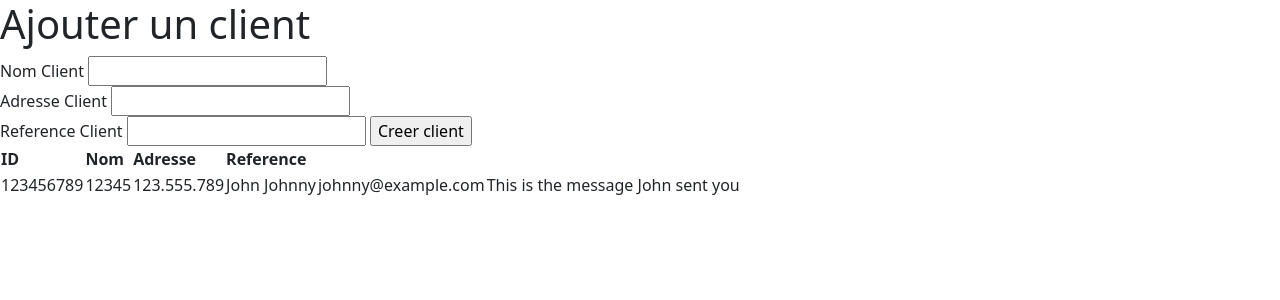
Repository: Elie-Dey/airblio
Page: test.html
The author's editor kept a copy of each file at every save. The page is drawn from the files as they stood at one save, then again after the next save.
The browser window is 1280 px wide. The pictures show the whole page.

Above is the page before, as saved 2022-03-28 12:08:30.

### test.html
<!DOCTYPE html>
<html lang="en">
  <head>
    <meta charset="UTF-8" />
    <meta http-equiv="X-UA-Compatible" content="IE=edge" />
    <meta name="viewport" content="width=device-width, initial-scale=1.0" />
    <link
      href="https://cdn.jsdelivr.net/npm/bootstrap@5.1.3/dist/css/bootstrap.min.css"
      rel="stylesheet"
      integrity="sha384-1BmE4kWBq78iYhFldvKuhfTAU6auU8tT94WrHftjDbrCEXSU1oBoqyl2QvZ6jIW3"
      crossorigin="anonymous"
    />
    <script src="https://ajax.googleapis.com/ajax/libs/jquery/3.6.0/jquery.min.js"></script>
    <title>Document</title>
  </head>
  <body>
    <h1>Ajouter un client</h1>
    <form action="connect.php?task=write" method="POST">
      <label for="nom">Nom Client </label>
      <input type="text" name="nom" id="nom" /> <br />
      <label for="Adresse">Adresse Client</label>
      <input type="text" name="adresse" id="adresse" /> <br />
      <label for="reference">Reference Client</label>
      <input type="text" name="reference" id="reference" />
      <input type="submit" value="Creer client" />
    </form>


    <div >
  <table>
  <tr>
    <th>ID</th>
    <th>Nom</th>
    <th>Adresse</th>
    <th>Reference</th>
  </tr>
  <tr class="display-client">
    <td>123456789</td>
    <td>12345</td>
    <td>123.555.789</td>
    <td>John Johnny</td>
    <td>johnny@example.com</td>
    <td>This is the message John sent you</td>
  </tr>

    </div>
    <script src="js/app.js"></script>
  </body>
</html>

### js/app.js
// var getHttpRequest = function () {
//   var httpRequest = false;
//   if (window.XMLHttpRequest) {
//     // Mozilla, Safari, IE7+...
//     httpRequest = new XMLHttpRequest();
//   } else if (window.ActiveXObject) {
//     // IE 6 et antérieurs
//     httpRequest = new ActiveXObject("Microsoft.XMLHTTP");
//   }

//   return httpRequest;
// };

// var httpRequest = getHttpRequest();
// httpRequest.open("GET");

// $(document).ready(function () {
//   $("form").submit(function (event) {
//     var formData = {
//       nom: $("#nom").val(),
//       adresse: $("#adresse").val(),
//       reference: $("#reference").val(),
//     };
//     $.ajax({
//       type: "POST" ? url : "connect.php",
//       data: formData,
//       dataType: "json",
//       encode: true,
//     }).done(function (data) {
//       console.log(data);
//     });

//     event.preventDefault();
//   });
// });

function getClients() {
  //Creation d'une requete AJAX pour se connecter au serveur avec le fichier connect.php
  const requeteAjax = new XMLHttpRequest();
  requeteAjax.open("GET", "connect.php");

  //Quand les données sont reçus, les traités sous forme de JSON et les affichés au format HTML

  requeteAjax.onload = function () {
    const resultat = JSON.parse(requeteAjax.responseText);
    const html = resultat
      .map(function (client) {
        return `
      <tr>
    <td>${client.nom}</td> <br>
    <td>${client.adresse}</td>  <br>
    <td>${client.reference}</td>  <br>
    </tr>
      `;
      })
      .join("");

    const clients = document.querySelector(".display-client");
    clients.innerHTML = html;
  };

  //On envoie la requete
  requeteAjax.send();
}

After the next save:
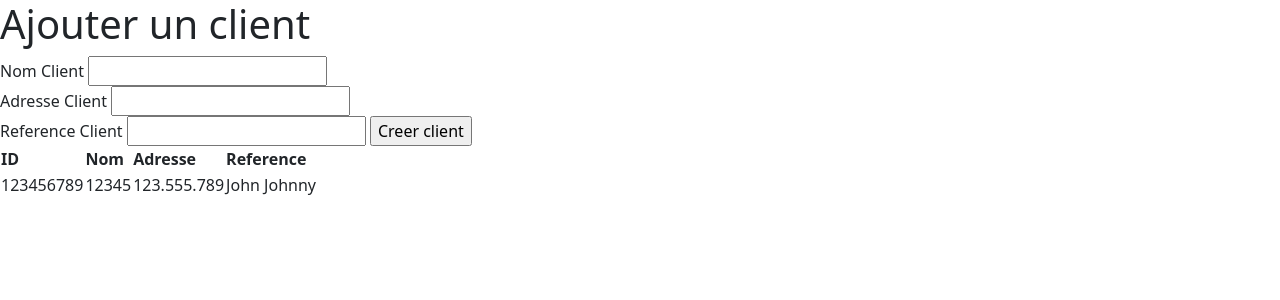
Saved 12 s later.
--- a/test.html
+++ b/test.html
@@ -39,8 +39,7 @@
     <td>12345</td>
     <td>123.555.789</td>
     <td>John Johnny</td>
-    <td>johnny@example.com</td>
-    <td>This is the message John sent you</td>
+
   </tr>
 
     </div>
